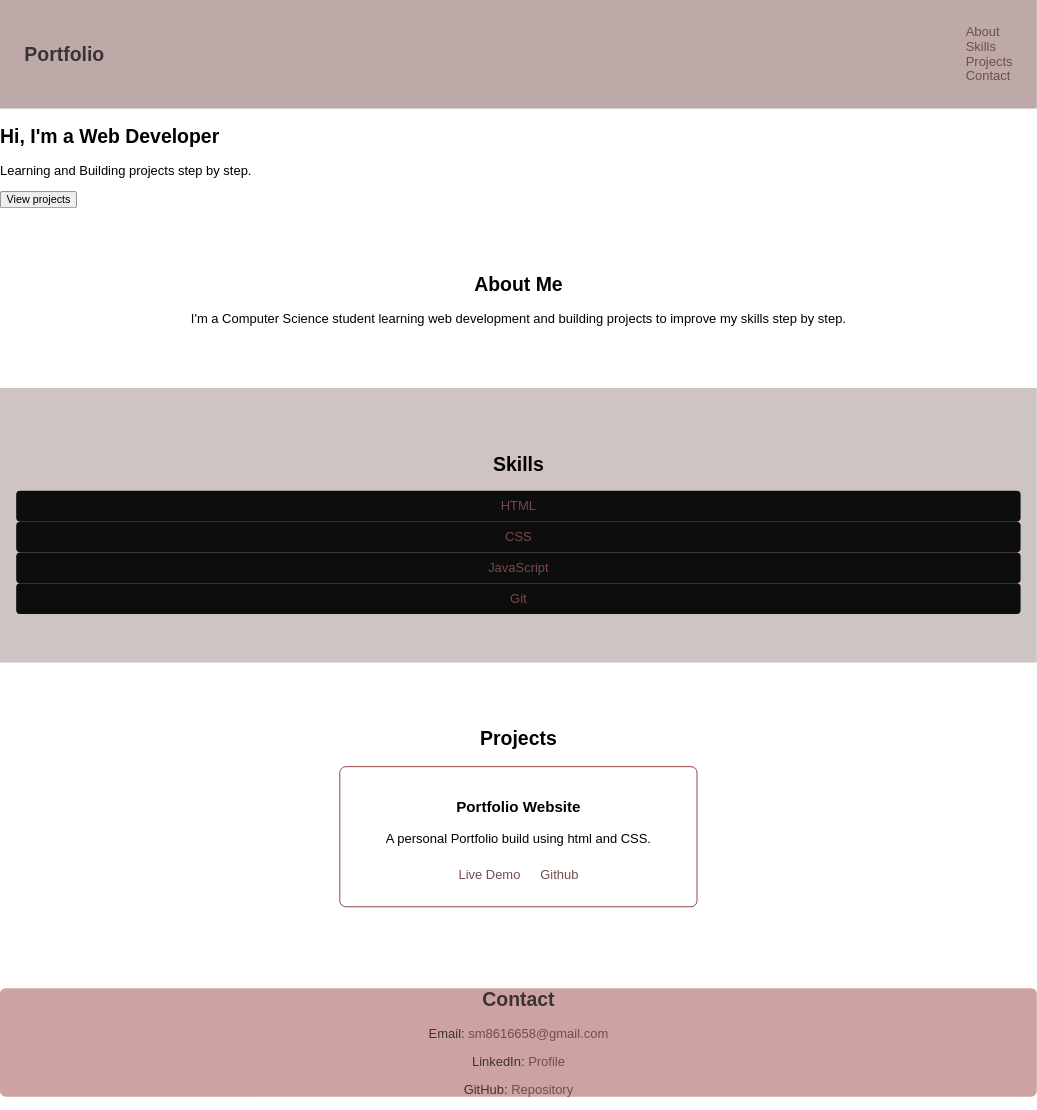
Repository: syeda-naqvi-hub/Portfolio-website
Page: python/portfolio/index.html
These files come from the project's save history. The page is drawn as it stood at one moment and after the next save; the edit follows.
The browser window is 1280 px wide. The pictures show the whole page, at 81% of full size.

Above is the page before, as saved 2026-02-07 12:19:17.

### python/portfolio/index.html
<!DOCTYPE html>
<html lang="en">
<head>
    <meta charset="UTF-8">
    <meta name="viewport" content="width=device-width, initial-scale=1.0">
    <title>Portfolio</title>
    <link rel="stylesheet" href="style.css">
</head>
<body>
    <script src="script.js"></script>
    <header>
        <nav>
            <h2 class="logo">Portfolio</h2>
            <ul>
                <li><a href="#about">About</a></li>
                <li><a href="#skills">Skills</a></li>
                <li><a href="#projects">Projects</a></li>
                <li><a href="#contact">Contact</a></li>
            </ul>
        </nav>
    </header>
    <section class=""hero">
        <h1>Hi, I'm a Web Developer </h1>
        <p>Learning and Building projects step by step.</p>
        <button>View projects</button>
    </section>
    <section id="about" class="about">
        <h2>About Me</h2>
        <p>
            I'm a Computer Science student learning web development and building projects to improve my skills step by step.
        </p>
    </section>
    <section id="skills" class="skills">
        <h2>Skills</h2>
        <div class="skills-list">
            <div>HTML</div>
            <div>CSS</div>
            <div>JavaScript</div>
            <div>Git</div>
        </div>
    </section>
    <section id="projects" class="projects">
        <h2>Projects</h2>
        <div class="project-card">
            <h3>Portfolio Website</h3>
            <p>A personal Portfolio build using html and CSS.</p>
            <a href="#">Live Demo</a>
            <a href="#">Github</a>
        </div>
    </section>
    <section id="contact" class="contact">
        <h2>Contact</h2>
        <p>Email: <a href="mailto:sm8616658@gmail.com">sm8616658@gmail.com</a></p>
        <p>LinkedIn: <a href="https://linkedin.com/in/Syeda Naqvi">Profile</a></p>
        <p>GitHub: <a href="https://github.com/syeda-naqvi-hub">Repository</a></p>
    </section>
</body>
</html>

### python/portfolio/style.css
body {
    font-family: arial,sans-serif;
    margin: 0;
}
header {
    background: #bea9a9;
    color: rgb(58, 52, 52);
    padding: 15px 30px;
}
nav {
    display: flex;
    justify-content: space-between;
    align-items: center;
}
ul {
    display: row;
    list-style: none;
    gap: 10px;
}
a {
    color: rgb(114, 77, 77);
    text-decoration:none
}
.hero {
    height: 80vh;
    display: flex;
    flex-direction: column;
    justify-content: center;
    background: #cec6c6;
    text-align: center;
}
.about {
    padding: 60px 20px;
    text-align: center;
}
.skills {
    background: #cec4c4;
    padding: 60px 20px;
    text-align: center;
}
.skills-set {
    color: #8a6363;
    display: flex;
    justify-content: center;
    gap: 20px;
    margin-top: 3px;
}
.skills-list div {
    background: #0e0d0d;
    color: rgb(122, 73, 73);
    padding: 10px 20px;
    border-radius: 5px;
}
.projects {
    padding: 60px 20px;
    text-align: center;
}
.project-card {
    border: 1px solid #7c1919;
    padding: 20px;
    margin: 20px auto;
    max-width: 400px;
    border-radius: 8px;
}
.project-card a {
    margin: 10px;
    display: inline-block;
}
.contact {
    background: #cca2a2;
    color: rgb(61, 51, 51);
    text-align: center;
    border-radius: 7px;
}
@media (max-width: 768px)
{
    nav {
        flex-direction: center;
    }
    ul {
        flex-direction: row;
        gap: 10px;
    }
    .skills-list {
        flex-direction: column;
        align-items: center;
    }
    .hero {
        height: auto;
        padding: 40px 20px;
    }
}

### python/portfolio/script.js
console.log("Portfolio loaded")

After the next save:
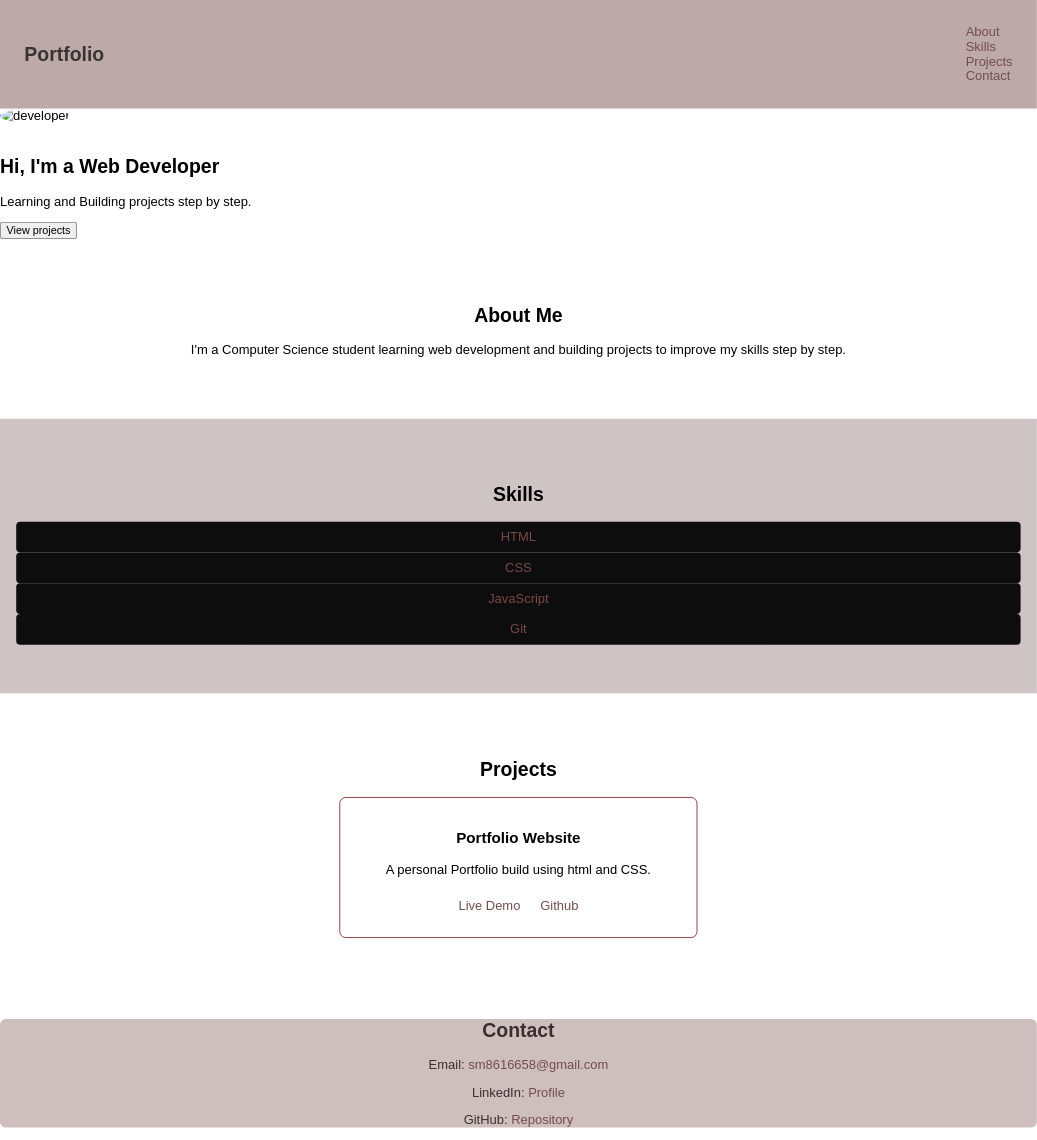
Not found: python/portfolio/profile.jpg.jpeg
Saved 11 min 22 s later.
--- a/python/portfolio/index.html
+++ b/python/portfolio/index.html
@@ -20,6 +20,7 @@
         </nav>
     </header>
     <section class=""hero">
+        <img src="profile.jpg.jpeg" class="profile-img" alt="developer">
         <h1>Hi, I'm a Web Developer </h1>
         <p>Learning and Building projects step by step.</p>
         <button>View projects</button>
--- a/python/portfolio/style.css
+++ b/python/portfolio/style.css
@@ -26,8 +26,14 @@ a {
     display: flex;
     flex-direction: column;
     justify-content: center;
-    background: #cec6c6;
+    background: #c2adad;
     text-align: center;
+}
+.profile-img {
+    width: 140px;
+    border-radius: 50%;
+    margin-bottom: 20px;
+    align-items:center;
 }
 .about {
     padding: 60px 20px;
@@ -67,8 +73,8 @@ a {
     display: inline-block;
 }
 .contact {
-    background: #cca2a2;
-    color: rgb(61, 51, 51);
+    background: #cfbebe;
+    color: rgb(58, 47, 47);
     text-align: center;
     border-radius: 7px;
 }
